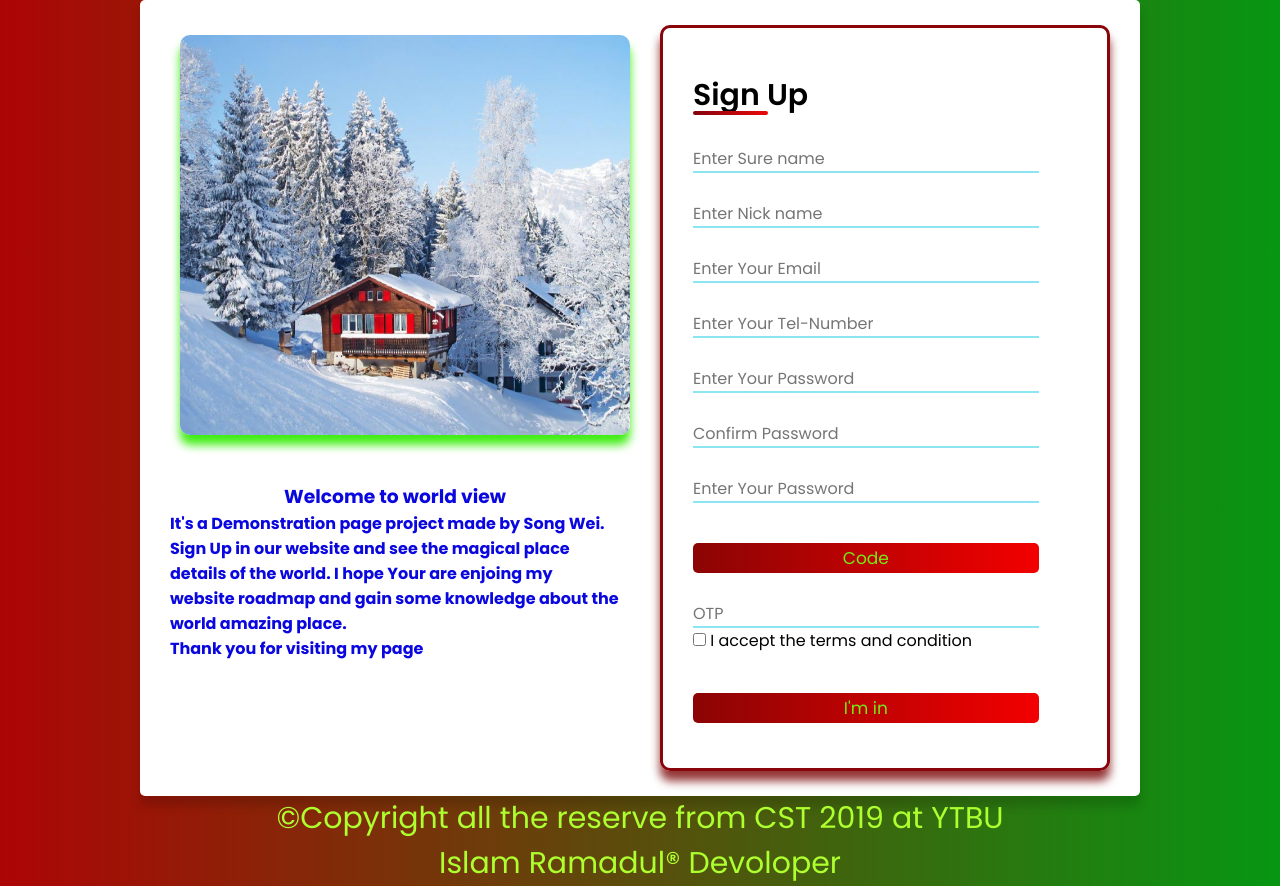
Repository: dev-ashik/Halloween
Page: Reg Page/Index.html
An editor plug-in stored every save of this project. The page is shown before and after the next save, followed by the edit.
The browser window is 1280 px wide. The pictures show the whole page.

Above is the page before, as saved 2021-12-21 22:48:08.

### Reg Page/Index.html
<!DOCTYPE html>
<html lang="en">

<head>
    <meta charset="UTF-8">
    <meta http-equiv="X-UA-Compatible" content="IE=edge">
    <meta name="viewport" content="width=device-width, initial-scale=1.0">
    <title>Regristration page</title>
    <link rel="stylesheet" href="CSS/main.css">
</head>

<body>
    <div class="con">
        <div class="bann">
            <img src="IMG/banner.jpg" alt=""><br/>
            <h3>Welcome to world view</h3>
            <p>It's a Demonstration page project made by Song Wei. Sign Up in our website and see the magical place details of the world. I hope Your are enjoing my website roadmap and gain some knowledge about the world amazing place.
            </p>
            <p>Thank you for visiting my page</p>
        </div>
        <div class="form">
            <form action="#">
                <div class="title">Sign Up</div>
                <div class="box">
                    <input type="text" placeholder="Enter Sure name" id="fn" required>
                    <div class="underline"></div>
                </div>
                <div class="box"> <input type="text" placeholder="Enter Nick name" id="ln" required>
                    <div class="underline"></div>
                </div>
                <div class="box underline">
                    <input type="text" placeholder="Enter Your Email" id="mail" required>
                    <div class="underline"></div>
                    <!--Email Field with velidation-->
                </div>
                <div class="box underline">
                    <input type="text" placeholder="Enter Your Tel-Number" id="number" required>
                    <div class="underline"></div>
                </div>
                <div class="box">
                    <input type="password" placeholder="Enter Your Password" id="pwd" required>
                    <div class="underline"></div>
                    <!--Password Field with velidation-->
                </div>
                <div class="box">
                    <input type="password" placeholder="Confirm Password" id="pwd" required>
                    <div class="underline"></div>
                </div>
                <div class="box">
                    <input type="password" placeholder="Enter Your Password" id="pwd" required>
                    <div class="underline"></div>
                </div>
                <div class="box button">
                    <button onclick="vercod()" id="vc">Code</button>
                    <!--Code form-->
                </div>
                <div class="box">
                    <input type="text" placeholder="OTP" id="otp" required>
                    <div class="underline"></div>
                    <!--Security Code with velidation-->
                </div>
                <div class="Agreement">
                    <input type="checkbox" id="cb" value="Agree">
                    <label for="Agree">I accept the terms and condition</label>
                    <!--Agreement box-->
                </div>
                <div class="box button">
                    <button onclick="sub()">I'm in</button>
                </div>
            </form>
        </div>
    </div>
    <footer>
        ©Copyright all the reserve from CST 2019 at YTBU<br/>Islam Ramadul® Devoloper
    </footer>
</body>
<script src="JS/main.js"></script>

</html>

### Reg Page/CSS/main.css
@import url('https://fonts.googleapis.com/css2?family=Poppins:wght@200;300;400;500;600;700&display=swap');
@import url('https://fonts.googleapis.com/css2?family=Poppins:wght@200;300;400;500;600;700&display=swap');
* {
    margin: 0;
    padding: 0;
    box-sizing: border-box;
    font-family: 'Poppins', sans-serif;
}

html,
body {
    display: grid;
    height: 100vh;
    width: 100%;
    place-items: center;
    background: linear-gradient(to right, #ad0505 0%, #069612 100%);
}

 ::selection {
    background: #ff80bf;
}

.con {
    background: #fff;
    max-width: 1000px;
    width: 100%;
    padding: 25px 30px;
    border-radius: 5px;
    box-shadow: 0 10px 10px rgba(0, 0, 0, 0.15);
}

.con .bann {
    float: left;
    width: 450px;
}

.con .bann img {
    width: 100%;
    height: 400px;
    border-radius: 10px;
    margin: 10px;
    box-shadow: 0 10px 10px #40ee14;
}

.con .bann h3 {
    margin-top: 30px;
    text-align: center;
    color: #0b08df;
}

.con .bann p {
    color: #0b08df;
    font-weight: bolder;
}

.con .form {
    float: right;
    border: 3px solid rgb(138, 5, 11);
    border-radius: 10px;
    padding: 25px 30px;
    max-width: 450px;
    width: 100%;
    box-shadow: 0 10px 10px rgba(121, 4, 4, 0.795);
}

.con .form form .title {
    font-size: 30px;
    font-weight: 600;
    margin: 20px 0 10px 0;
    position: relative;
}

.con .form form .title:before {
    content: '';
    position: absolute;
    height: 4px;
    width: 75px;
    left: 0px;
    bottom: 3px;
    border-radius: 5px;
    background: linear-gradient(to right, #83030e 0%, #eb0909 100%);
}

.con .form form .box {
    width: 90%;
    height: 30px;
    margin-top: 25px;
    position: relative;
}

.con .form form .box input {
    width: 100%;
    height: 100%;
    outline: none;
    font-size: 16px;
    border: none;
}

.con .form form .underline::before {
    content: '';
    position: absolute;
    height: 2px;
    width: 100%;
    background: rgb(140, 230, 241);
    left: 0;
    bottom: 0;
}

.con .form form .underline::after {
    content: '';
    position: absolute;
    height: 2px;
    width: 100%;
    background: linear-gradient(to right, rgb(19, 3, 240) 0%, #4305d3 100%);
    left: 0;
    bottom: 0;
    transform: scaleX(0);
    transform-origin: left;
    transition: all 0.3s ease;
}

.con .form form .box input:focus~.underline::after,
.con .form form .box input:valid~.underline::after {
    transform: scaleX(1);
    transform-origin: left;
}

.con .form form .button {
    margin: 40px 0 20px 0;
}

.con .form .box button {
    width: 100%;
    height: 100%;
    outline: none;
    font-size: 16px;
    border: none;
    background: linear-gradient(to right, #8b0404 0%, #f30000 100%);
    font-size: 17px;
    color: rgb(116, 236, 18);
    border-radius: 5px;
    cursor: pointer;
    transition: all 0.3s ease;
}

.con .form .box button:hover {
    letter-spacing: 1px;
    background: linear-gradient(to left, #8a0404 0%, #fc0707 100%);
}

footer {
    text-align: center;
    font-size: 30px;
    color: greenyellow;
}

footer:hover {
    color: greenyellow;
    text-shadow: 1px 1px 2px black, 0 0 25px rgb(11, 247, 3), 0 0 5px rgb(10, 255, 1);
}

Loaded but not shown: Reg Page/JS/main.js (no stored copy; drawn as an empty file)

After the next save:
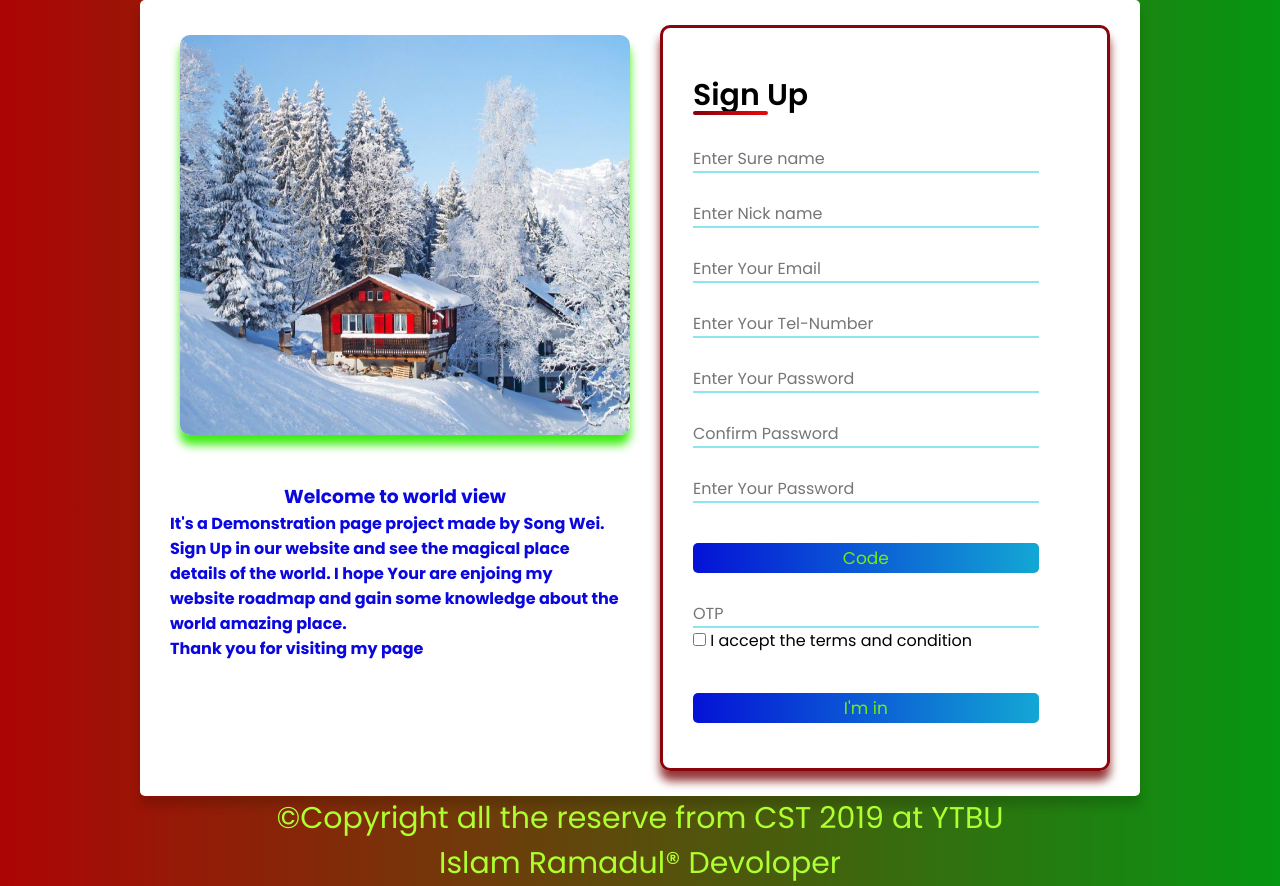
Saved 27 s later.
--- a/Reg Page/CSS/main.css
+++ b/Reg Page/CSS/main.css
@@ -135,7 +135,7 @@ body {
     outline: none;
     font-size: 16px;
     border: none;
-    background: linear-gradient(to right, #8b0404 0%, #f30000 100%);
+    background: linear-gradient(to right, #0412d6 0%, #13a7d4 100%);
     font-size: 17px;
     color: rgb(116, 236, 18);
     border-radius: 5px;
